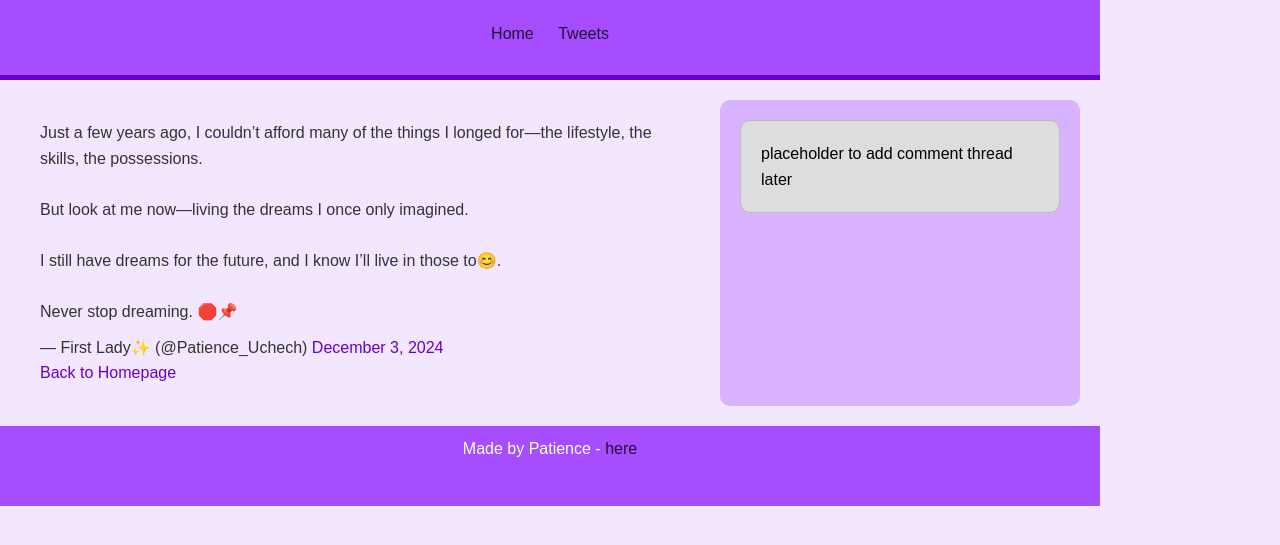
Repository: Patience225/My_First_Portfolio
Page: html_basic/tweets.html
An editor plug-in stored every save of this project. The page is shown before and after the next save, followed by the edit.
The browser window is 1280 px wide. The pictures show the whole page.

Above is the page before, as saved 2024-12-21 09:05:08.

After the next save:
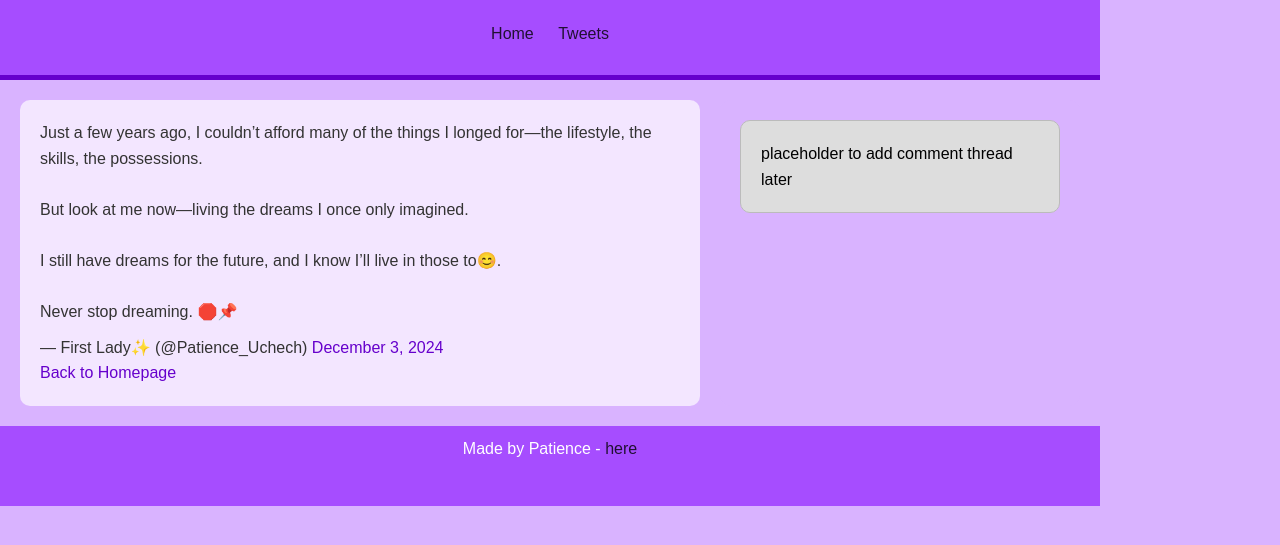
Saved 37 s later.
--- a/html_basic/tweets.html
+++ b/html_basic/tweets.html
@@ -7,7 +7,7 @@
   <link href="../css_basic/base.css" rel="stylesheet">
   <link href="../css_basic/styles.css" rel="stylesheet">
 </head>
-<body class="index-page">
+<body class="tweets-page">
   <header>
     <ul>
       <li><a href="index.html">Home</a></li>
